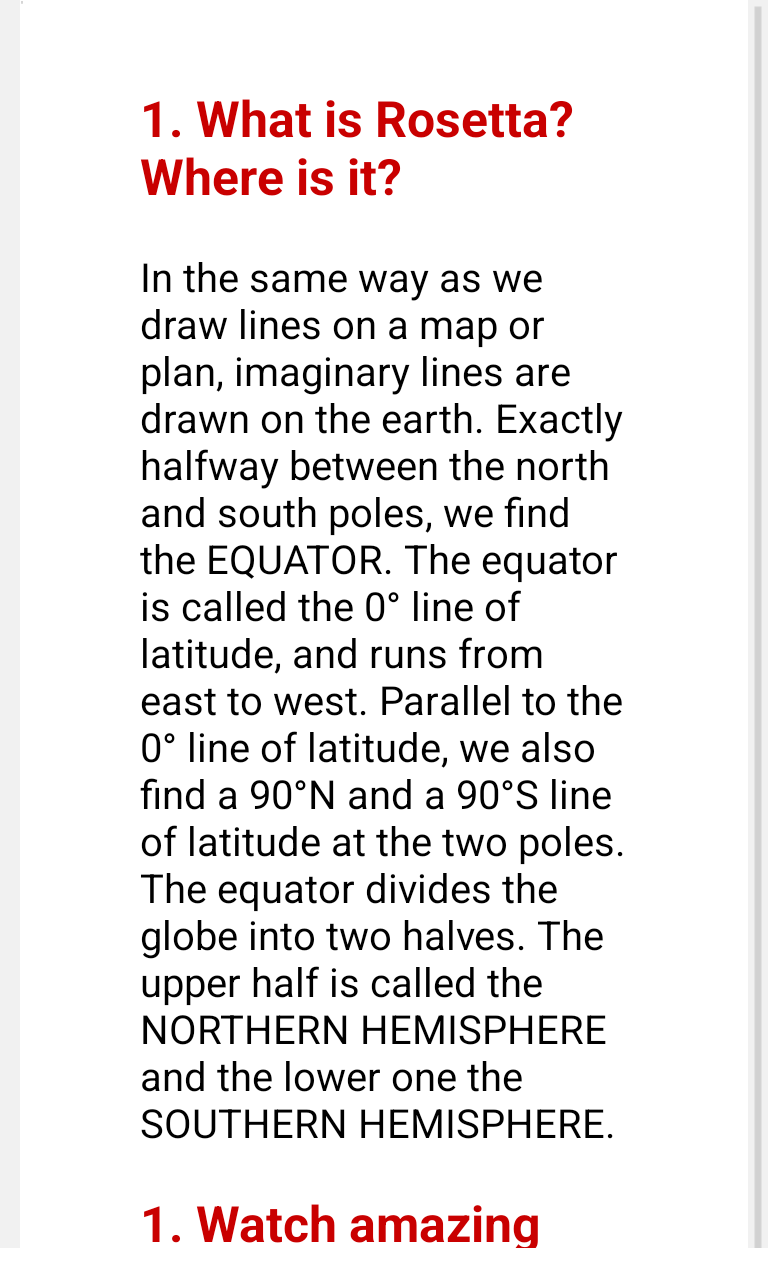
Repository: vitaabb/learnmixer
Layout: LearnMixer 4.05.2015/LearnMixer/res/layout/activity_my_collection.xml
The author's editor kept a copy of each file at every save. The layout is drawn from the files as they stood at one save, then again after the next save.
Pictures or frames that could not be fetched are drawn as grey boxes. It is drawn on a 768 x 1280 px phone screen (xhdpi) without system bars, with theme AppTheme; the app's code is not run. The app's manifest (not shown) leaves right-to-left support off. So textAlignment, textDirection and layoutDirection are ignored, and left and right values win over start and end ones.

Above is the layout before, as saved 2015-05-06 12:58:46.

After the next save:
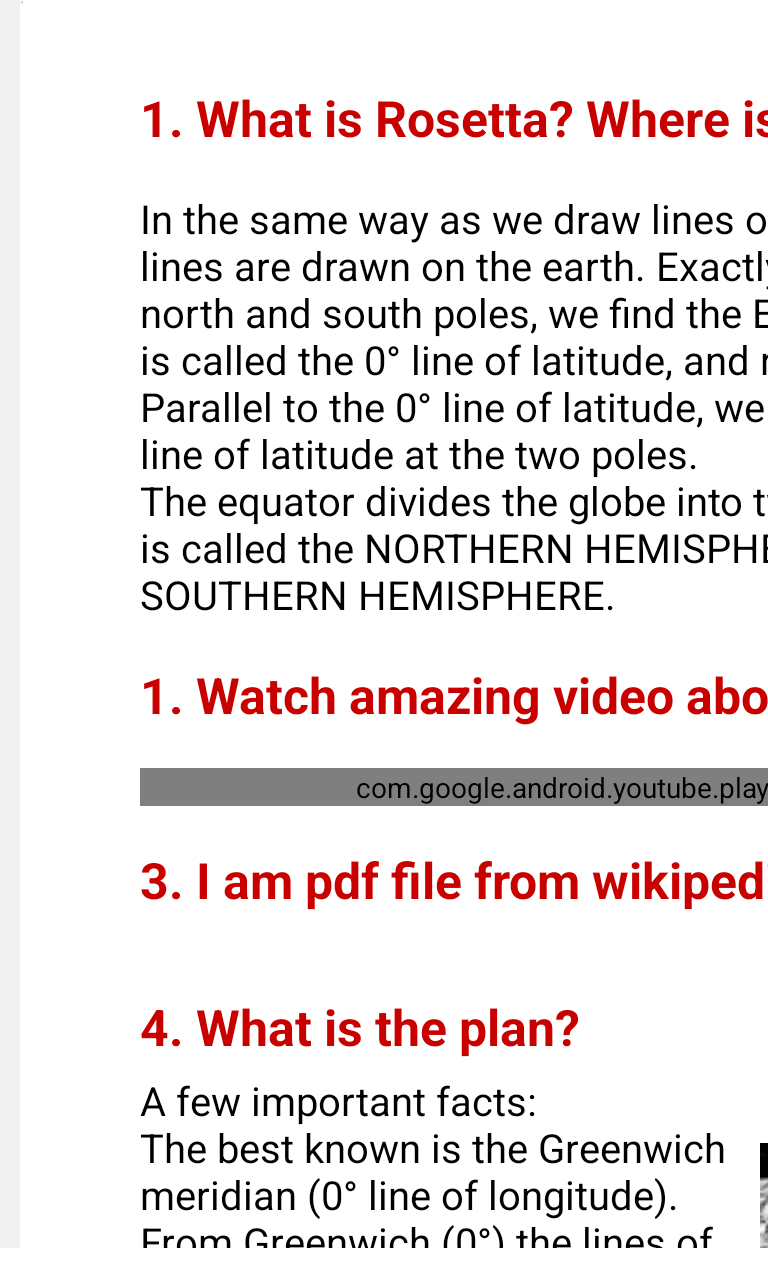
Saved 37 min 9 s later.
--- a/LearnMixer 4.05.2015/LearnMixer/res/layout/activity_my_collection.xml
+++ b/LearnMixer 4.05.2015/LearnMixer/res/layout/activity_my_collection.xml
@@ -50,7 +50,17 @@
                 android:textColor="#ffffffff"
                 android:textStyle="bold" />
         </LinearLayout> -->
-
+ <LinearLayout
+            android:orientation="horizontal"
+            android:layout_width="fill_parent"
+            android:layout_height="wrap_content"
+            android:id="@+id/linearLayout2"
+            >
+   <FrameLayout
+                android:layout_width="700dp"
+                android:layout_height="wrap_content"
+                android:layout_marginRight="0pt"
+                >
         <ScrollView
             android:fadingEdgeLength="0dp"
             android:layout_width="match_parent"
@@ -187,12 +197,12 @@
                 android:layout_marginBottom="10dp"
                 /> -->
 
-            <FrameLayout
+          <!--  <FrameLayout
                 android:layout_width="match_parent"
                 android:layout_height="wrap_content"
                 >
 
-                <!--
+
                 <ImageButton
                     android:layout_width="wrap_content"
                     android:layout_height="wrap_content"
@@ -201,9 +211,9 @@
                     android:layout_margin="10dp"
                     android:onClick="share"
                     android:background="@color/bright_foreground_material_dark" />
-                    -->
-
-            </FrameLayout>
+
+
+            </FrameLayout> -->
 
             <TextView
             android:layout_marginLeft="60dp"
@@ -241,7 +251,7 @@
     </HorizontalScrollView>
 
 
-            <FrameLayout
+         <!--    <FrameLayout
                 android:layout_width="match_parent"
                 android:layout_height="wrap_content"
                 android:layout_marginLeft="60dp"
@@ -249,22 +259,22 @@
                 android:layout_marginTop="10dp"
                 android:layout_marginBottom="10dp">
 
-               <!--   <ImageButton
+                 <ImageButton
                     android:layout_width="wrap_content"
                     android:layout_height="wrap_content"
                     android:id="@+id/imageButton11"
                     android:layout_margin="0dp"
                     android:src="@drawable/fullscreen"
                     android:layout_gravity="right"
-                    android:background="@color/bright_foreground_material_dark"/> -->
-
-            </FrameLayout>
-
-            <LinearLayout
+                    android:background="@color/bright_foreground_material_dark"/>
+
+            </FrameLayout>-->
+
+     <!--       <LinearLayout
 
                 android:orientation="horizontal"
                 android:layout_width="match_parent"
-                android:layout_height="wrap_content"></LinearLayout>
+                android:layout_height="wrap_content"></LinearLayout> -->
 
             <FrameLayout
                 android:layout_width="fill_parent"
@@ -333,22 +343,25 @@
     </LinearLayout>
     </ScrollView>
 
+        </FrameLayout>
+
         <FrameLayout
-            android:layout_width="129dp"
+            android:layout_width="70dp"
             android:layout_height="fill_parent"
-            android:layout_marginBottom="0dp"
-            android:layout_gravity="right|center_vertical">
+            android:marginRight = "0dp"
+            >
 
             <ImageButton
                 android:id="@+id/shareButton"
                 android:layout_width="wrap_content"
                 android:layout_height="wrap_content"
-                android:layout_gravity="center_horizontal|top"
+                android:layout_gravity="center_horizontal|bottom"
                 android:background="@color/white"
                 android:onClick="share"
                 android:src="@drawable/share2" />
 
         </FrameLayout>
 
+ </LinearLayout>
 
 </LinearLayout>
